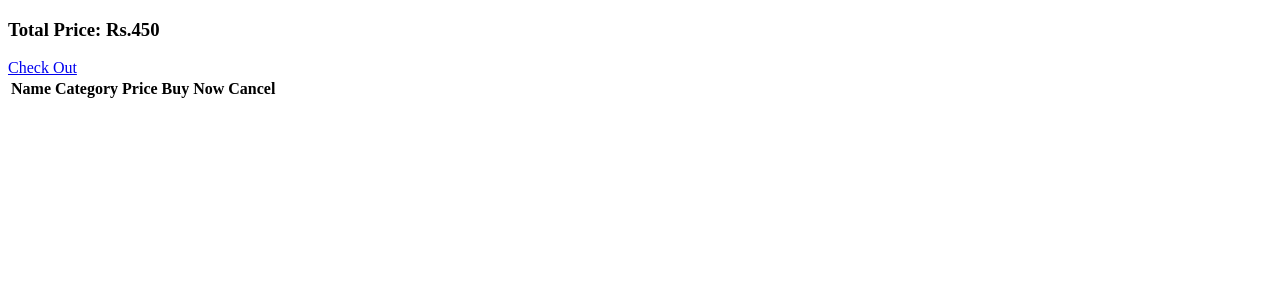
Repository: Shreya200012/FoodBox
Page: http://localhost/foodWeb/cart.jsp
An editor plug-in stored every save of this project. The page is shown before and after the next save, followed by the edit.
The browser window is 1280 px wide. The pictures show the whole page.
The page is served by Tomcat 9.

Above is the page before, as saved 2022-06-13 17:29:25.

After the next save:
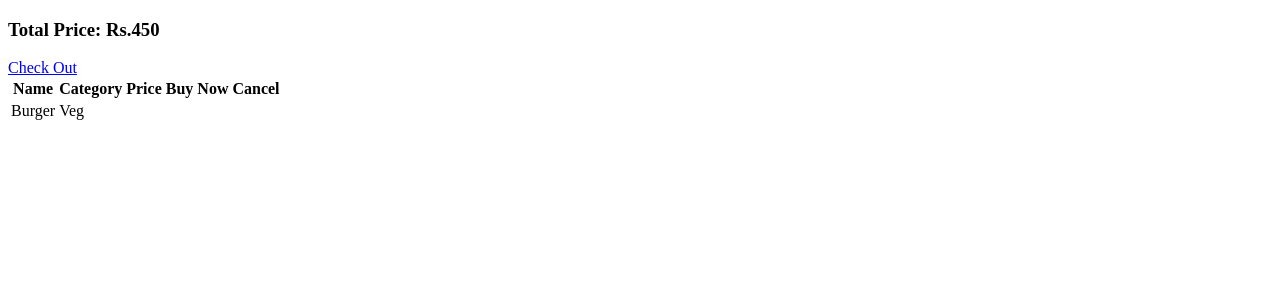
Saved 4 min 44 s later.
--- a/foodWeb/src/main/webapp/cart.jsp
+++ b/foodWeb/src/main/webapp/cart.jsp
@@ -19,7 +19,21 @@
 <th scope="col">Price</th>
 <th scope="col">Buy Now</th>
 <th scope="col">Cancel</th>
+</tr>
+</thead>
+<tbody>
+<tr>
+<td>Burger</td>
+<td>Veg</td>
+<td>
+<form action="" method="post" class="form-inline">
+<input type="hidden" name="id" value="1" class="form-input">
+<div class="form-group d-flex justify-content-between">
+<a class="btn btn-sm btn-incre"><i class="fas fa-plus-square"></i></a></div>
 
+</form>
+
+</tbody>
 </table>
 
 </div>
